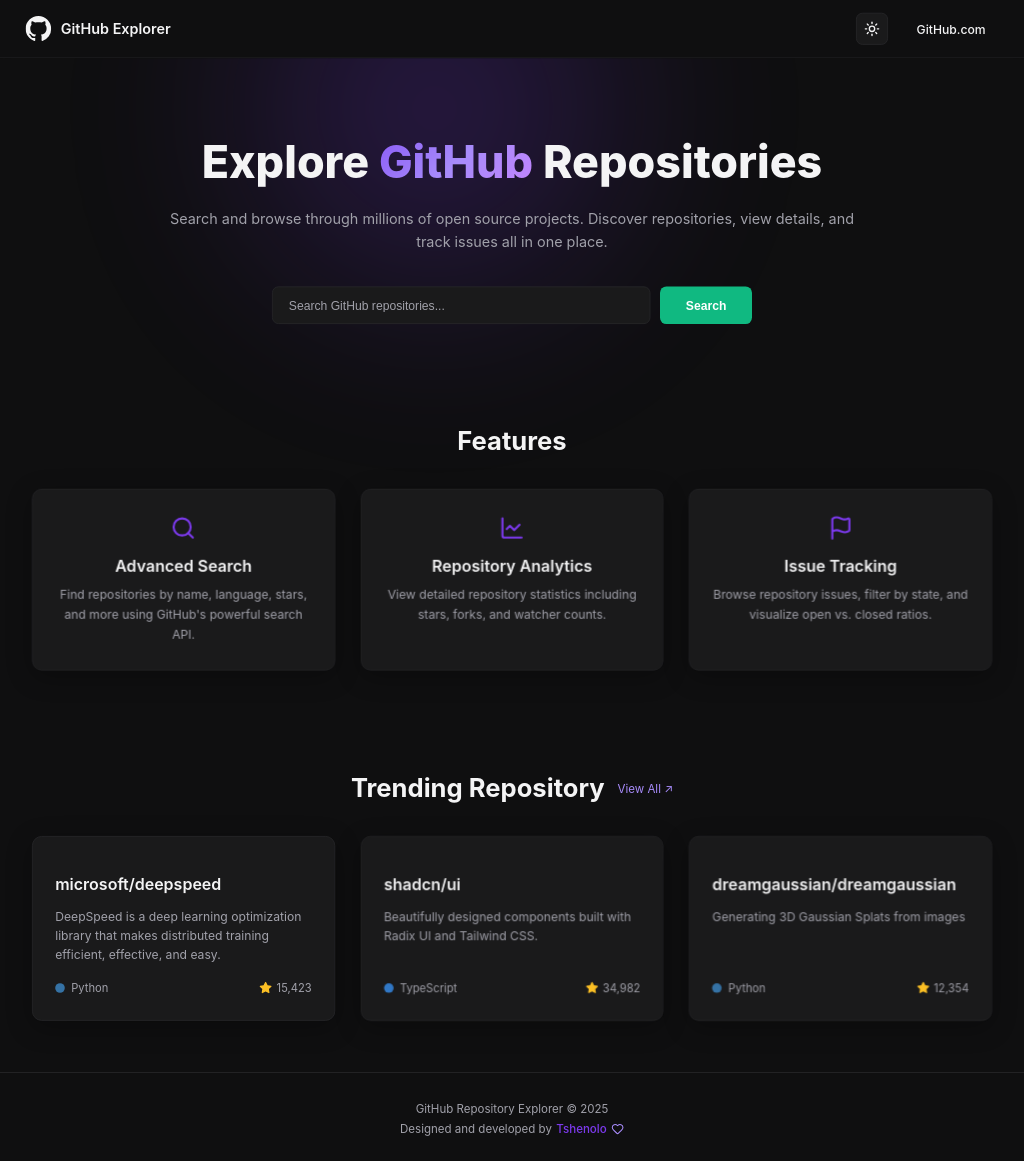
Repository: Tshenolo1994/username-repo
Page: /
These files come from the project's save history. The page is drawn as it stood at one moment and after the next save; the edit follows.
The browser window is 1280 px wide. The pictures show the whole page, at 80% of full size.
The project was rebuilt for these pictures with package versions that can differ from the ones it lists, and the page was loaded fresh each time. Also part of the build but not shown: vite.config.ts, src/views/RepoView.vue.

Above is the page before, as saved 2025-10-27 01:18:34.

### index.html
<!doctype html>
<html lang="en">
  <head>
    <meta charset="UTF-8" />
    <link rel="icon" type="image/svg+xml" href="/vite.svg" />
    <meta name="viewport" content="width=device-width, initial-scale=1.0" />
    <title>commit-explorer</title>
  </head>
  <body>
    <div id="app"></div>
    <script type="module" src="/src/main.ts"></script>
  </body>
</html>

### src/main.ts
import { createApp } from 'vue'
import { createPinia } from 'pinia'
import App from './App.vue'
import router from './router'
import './styles/theme.css'

createApp(App)
  .use(createPinia())
  .use(router)
  .mount('#app')

### src/App.vue
<!-- App.vue or Layout.vue -->
<script setup>
import Header from '@/components/Header.vue';
import Footer from '@/components/Footer.vue';
</script>

<template>
  <div id="app">
    <Header />
    <main>
      <router-view />
    </main>
    <Footer />
  </div>
</template>

### src/router/index.ts
import { createRouter, createWebHistory } from 'vue-router'
import HomeView from '@/views/HomeView.vue'
import RepoView from '@/views/RepoView.vue'

const router = createRouter({
  history: createWebHistory(),
  routes: [
    { path: '/', name: 'home', component: HomeView },
    { path: '/repos/:username', name: 'repos', component: RepoView, props: true },
  ],
  scrollBehavior: () => ({ top: 0 }),
})

export default router

### src/styles/theme.css
:root {

    --bg: #0f0f10;
    --bg-elev: #1a1a1b;
    --text: #f4f4f5;
    --muted: #a1a1aa;
    --border: #27272a;
    --link: #7c3aed;
  }


  [data-theme="light"] {
    --bg: #f9fafb;
    --bg-elev: #ffffff;
    --text: #18181b;
    --muted: #52525b;
    --border: #e4e4e7;
    --link: #2563eb;
  }


  html, body, #app {
    margin: 0;
    padding: 0;
    background: var(--bg);
    color: var(--text);
    font-family: 'Inter', system-ui, sans-serif;
    transition: background 0.3s, color 0.3s;
  }


  h1, h2, h3 {
    line-height: 1.2;
    margin: 0;
  }
  p {
    margin: 0.25rem 0 0;
  }


  .card {
    background: var(--bg-elev);
    border: 1px solid var(--border);
    border-radius: 0.75rem;
    padding: 1rem;
    box-shadow: 0 1px 2px rgba(0,0,0,0.15);
  }

### src/components/Header.vue
<script setup lang="ts">
import { Sun, Moon } from 'lucide-vue-next';
import { useTheme } from '@/composables/useTheme';

const { isDark, toggleTheme } = useTheme();
</script>

<template>
  <header class="header">
    <div class="header-content">
      <div class="logo">
        <svg width="32" height="32" viewBox="0 0 16 16" fill="currentColor">
          <path d="M8 0C3.58 0 0 3.58 0 8c0 3.54 2.29 6.53 5.47 7.59.4.07.55-.17.55-.38 0-.19-.01-.82-.01-1.49-2.01.37-2.53-.49-2.69-.94-.09-.23-.48-.94-.82-1.13-.28-.15-.68-.52-.01-.53.63-.01 1.08.58 1.23.82.72 1.21 1.87.87 2.33.66.07-.52.28-.87.51-1.07-1.78-.2-3.64-.89-3.64-3.95 0-.87.31-1.59.82-2.15-.08-.2-.36-1.02.08-2.12 0 0 .67-.21 2.2.82.64-.18 1.32-.27 2-.27.68 0 1.36.09 2 .27 1.53-1.04 2.2-.82 2.2-.82.44 1.1.16 1.92.08 2.12.51.56.82 1.27.82 2.15 0 3.07-1.87 3.75-3.65 3.95.29.25.54.73.54 1.48 0 1.07-.01 1.93-.01 2.2 0 .21.15.46.55.38A8.013 8.013 0 0016 8c0-4.42-3.58-8-8-8z"/>
        </svg>
        <span class="logo-text">GitHub Explorer</span>
      </div>

      <nav class="nav">
        <button @click="toggleTheme" class="theme-toggle" :aria-label="isDark ? 'Switch to light mode' : 'Switch to dark mode'">
          <Sun v-if="isDark" :size="20" />
          <Moon v-else :size="20" />
        </button>
        <a href="https://github.com" target="_blank" rel="noreferrer" class="github-link">
          GitHub.com
        </a>
      </nav>
    </div>
  </header>
</template>

<style scoped>
.header {
  background: var(--bg);
  border-bottom: 1px solid var(--border);
  padding: 1rem 2rem;
  position: sticky;
  top: 0;
  z-index: 100;
  backdrop-filter: blur(8px);
  transition: background 0.3s, border-color 0.3s;
}

.header-content {
  max-width: 1400px;
  margin: 0 auto;
  display: flex;
  justify-content: space-between;
  align-items: center;
}

.logo {
  display: flex;
  align-items: center;
  gap: 0.75rem;
  color: var(--text);
  font-weight: 600;
  font-size: 1.125rem;
  cursor: pointer;
  transition: color 0.2s;
}

.logo:hover {
  color: var(--link);
}

.logo svg {
  flex-shrink: 0;
}

.logo-text {
  font-weight: 600;
}

.nav {
  display: flex;
  align-items: center;
  gap: 1.25rem;
}

.theme-toggle {
  background: var(--bg-elev);
  border: 1px solid var(--border);
  border-radius: 8px;
  width: 40px;
  height: 40px;
  display: flex;
  align-items: center;
  justify-content: center;
  cursor: pointer;
  color: var(--text);
  transition: all 0.2s;
}

.theme-toggle:hover {
  background: var(--border);
  transform: rotate(15deg);
}

.github-link {
  color: var(--text);
  text-decoration: none;
  font-size: 0.95rem;
  font-weight: 500;
  padding: 0.5rem 1rem;
  border-radius: 6px;
  transition: all 0.2s;
}

.github-link:hover {
  color: var(--link);
  background: var(--bg-elev);
}

@media (max-width: 640px) {
  .header {
    padding: 1rem;
  }

  .logo-text {
    display: none;
  }
}
</style>

### src/components/Footer.vue
<script setup lang="ts">
import { Heart } from 'lucide-vue-next';

const currentYear = new Date().getFullYear();
</script>

<template>
  <footer class="footer">
    <div class="footer-content">
      <p class="footer-text">
        GitHub Repository Explorer © {{ currentYear }}
      </p>
      <p class="footer-credits">
        Designed and developed by <a href="#" class="footer-link">Tshenolo</a>
        <Heart :size="16" class="heart-icon" />
      </p>
    </div>
  </footer>
</template>

<style scoped>
.footer {
  background: var(--bg);
  border-top: 1px solid var(--border);
  padding: 2rem;
  margin-top: auto;
  transition: background 0.3s, border-color 0.3s;
}

.footer-content {
  max-width: 1400px;
  margin: 0 auto;
  text-align: center;
}

.footer-text {
  color: var(--muted);
  font-size: 0.9rem;
  margin-bottom: 0.5rem;
}

.footer-credits {
  color: var(--muted);
  font-size: 0.9rem;
  margin: 0;
  display: flex;
  align-items: center;
  justify-content: center;
  gap: 0.35rem;
}

.heart-icon {
  color: #a78bfa;
  fill: none;
}

.footer-link {
  color: var(--link);
  text-decoration: none;
  font-weight: 500;
  transition: opacity 0.2s;
}

.footer-link:hover {
  opacity: 0.8;
}

@media (max-width: 640px) {
  .footer {
    padding: 1.5rem 1rem;
  }

  .footer-text,
  .footer-credits {
    font-size: 0.85rem;
  }
}
</style>

### src/views/HomeView.vue
<script setup lang="ts">
import { ref } from "vue";
import { useRouter } from "vue-router";
import { Search, LineChart, Flag } from "lucide-vue-next";

// features data
const features = ref([
  {
    id: 1,
    icon: Search,
    title: "Advanced Search",
    description: "Find repositories by name, language, stars, and more using GitHub's powerful search API.",
  },
  {
    id: 2,
    icon: LineChart,
    title: "Repository Analytics",
    description: "View detailed repository statistics including stars, forks, and watcher counts.",
  },
  {
    id: 3,
    icon: Flag,
    title: "Issue Tracking",
    description: "Browse repository issues, filter by state, and visualize open vs. closed ratios.",
  },
]);

// sample trending repos
const trendingRepos = ref([
  {
    id: 1,
    name: "microsoft/deepspeed",
    stars: 15423,
    description:
      "DeepSpeed is a deep learning optimization library that makes distributed training efficient, effective, and easy.",
    language: "Python",
  },
  {
    id: 2,
    name: "shadcn/ui",
    stars: 34982,
    description:
      "Beautifully designed components built with Radix UI and Tailwind CSS.",
    language: "TypeScript",
  },
  {
    id: 3,
    name: "dreamgaussian/dreamgaussian",
    stars: 12354,
    description: "Generating 3D Gaussian Splats from images",
    language: "Python",
  },
]);

const router = useRouter();
const username = ref("");

function search() {
  if (username.value.trim()) {
    router.push(`/repos/${username.value.trim()}`);
  }
}

function getLangColor(lang: string): string {
  const colors: Record<string, string> = {
    JavaScript: "#f1e05a",
    TypeScript: "#3178c6",
    Python: "#3572A5",
    Java: "#b07219",
    Go: "#00ADD8",
    Ruby: "#701516",
  };
  return colors[lang] || "#6e7681";
}
</script>

<template>
  <div class="home-page">
    <div class="gradient-ball"></div>

    <!-- Hero Section -->
    <section class="hero">
      <div class="hero-content">
        <h1 class="hero-title">
          Explore <span class="gradient-text">GitHub</span> Repositories
        </h1>
        <p class="hero-sub">
          Search and browse through millions of open source projects. Discover
          repositories, view details, and track issues all in one place.
        </p>

        <div class="search-box">
          <input
            v-model="username"
            placeholder="Search GitHub repositories..."
            class="search-input"
          />
          <button @click="search" class="search-btn">Search</button>
        </div>
      </div>
    </section>

    <!-- Features -->
    <section class="section">
      <div class="section-header">
        <h2>Features</h2>
      </div>

      <div class="grid">
        <div
          v-for="feature in features"
          :key="feature.id"
          class="card glass"
        >
          <component :is="feature.icon" class="icon" :size="32" />
          <h3>{{ feature.title }}</h3>
          <p>{{ feature.description }}</p>
        </div>
      </div>
    </section>

    <!-- Trending -->
    <section class="section">
      <div class="section-header">
        <h2>Trending Repository</h2>
        <a
          href="https://github.com/trending"
          target="_blank"
          rel="noreferrer"
          class="view-all"
        >
          View All ↗
        </a>
      </div>

      <div class="grid">
        <div
          v-for="repo in trendingRepos"
          :key="repo.id"
          class="card glass repo-card"
        >
          <h3 class="repo-name">{{ repo.name }}</h3>
          <p class="repo-desc">{{ repo.description }}</p>
          <div class="repo-meta">
            <div class="lang">
              <span
                class="dot"
                :style="{ backgroundColor: getLangColor(repo.language) }"
              ></span>
              <span>{{ repo.language }}</span>
            </div>
            <div class="stars">
              <svg
                class="star"
                fill="currentColor"
                viewBox="0 0 16 16"
              >
                <path
                  d="M8 .25a.75.75 0 01.673.418l1.882 3.815 4.21.612a.75.75 0 01.416 1.279l-3.046 2.97.719 4.192a.75.75 0 01-1.088.791L8 12.347l-3.766 1.98a.75.75 0 01-1.088-.79l.72-4.194L.818 6.374a.75.75 0 01.416-1.28l4.21-.611L7.327.668A.75.75 0 018 .25z"
                />
              </svg>
              {{ repo.stars.toLocaleString() }}
            </div>
          </div>
        </div>
      </div>
    </section>
  </div>
</template>

<style scoped>
.home-page {
  background: var(--bg);
  color: var(--text);
  min-height: 100vh;
  width: 100%;
  overflow-x: hidden;
  position: relative;
  transition: background 0.3s, color 0.3s;
}

.gradient-ball {
  position: absolute;
  top: -200px;
  left: 50%;
  transform: translateX(-50%);
  width: 600px;
  height: 600px;
  border-radius: 50%;
  background: radial-gradient(circle at center, var(--link) 0%, rgba(124, 58, 237, 0.6) 30%, transparent 70%);
  opacity: 0.3;
  filter: blur(100px);
  z-index: 0;
  animation: float 15s ease-in-out infinite;
  transition: background 0.3s;
}

@keyframes float {
  0% {
    transform: translate(-50%, 0) scale(1);
  }
  25% {
    transform: translate(-80%, -60px) scale(1.2);
  }
  50% {
    transform: translate(-20%, 40px) scale(0.85);
  }
  75% {
    transform: translate(-70%, -30px) scale(1.15);
  }
  100% {
    transform: translate(-50%, 0) scale(1);
  }
}

/* Hero Section */
.hero {
  padding: 6rem 2rem 4rem;
  position: relative;
  z-index: 10;
}

.hero-content {
  max-width: 900px;
  margin: 0 auto;
  text-align: center;
}

.hero-title {
  font-size: 3.5rem;
  font-weight: 800;
  margin-bottom: 1.5rem;
  line-height: 1.2;
}

.gradient-text {
  background: linear-gradient(135deg, #8b5cf6 0%, #a78bfa 50%, #c084fc 100%);
  -webkit-background-clip: text;
  -webkit-text-fill-color: transparent;
  background-clip: text;
}

.hero-sub {
  color: var(--muted);
  font-size: 1.125rem;
  margin-bottom: 2.5rem;
  line-height: 1.6;
}

.search-box {
  display: flex;
  justify-content: center;
  gap: 0.75rem;
  max-width: 600px;
  margin: 0 auto;
}

.search-input {
  padding: 0.875rem 1.25rem;
  border-radius: 8px;
  flex: 1;
  background: var(--bg-elev);
  color: var(--text);
  border: 1px solid var(--border);
  font-size: 0.95rem;
  transition: all 0.2s;
}

.search-input:focus {
  outline: none;
  border-color: var(--link);
  background: var(--bg-elev);
}

.search-input::placeholder {
  color: var(--muted);
}

.search-btn {
  background: #10b981;
  color: white;
  padding: 0.875rem 2rem;
  border-radius: 8px;
  font-weight: 600;
  cursor: pointer;
  border: none;
  font-size: 0.95rem;
  transition: all 0.2s;
}

.search-btn:hover {
  background: #059669;
  transform: translateY(-1px);
}

/* Shared Section Styling */
.section {
  padding: 4rem 2rem;
  position: relative;
  z-index: 10;
}

.section-header {
  display: flex;
  align-items: center;
  justify-content: center;
  gap: 1rem;
  margin-bottom: 2.5rem;
}

.section-header h2 {
  font-size: 2rem;
  font-weight: 700;
  color: var(--text);
}

.view-all {
  color: #a78bfa;
  font-size: 0.9rem;
  text-decoration: none;
  display: flex;
  align-items: center;
  gap: 0.25rem;
  transition: all 0.2s;
}

.view-all:hover {
  color: #c084fc;
  transform: translateX(2px);
}

/* Grid + Cards */
.grid {
  display: grid;
  grid-template-columns: repeat(3, 1fr);
  gap: 2rem;
  max-width: 1200px;
  margin: 0 auto;
}

@media (max-width: 980px) {
  .grid {
    grid-template-columns: 1fr;
  }
  .hero-title {
    font-size: 2.5rem;
  }
}

.card {
  padding: 2rem 1.75rem;
  border-radius: 12px;
  text-align: center;
  transition: all 0.3s ease;
}

.card:hover {
  transform: translateY(-6px);
}

/* Glass look */
.glass {
  background: var(--bg-elev);
  border: 1px solid var(--border);
  backdrop-filter: blur(12px);
  box-shadow: 0 8px 32px rgba(0, 0, 0, 0.3);
}

.card h3 {
  font-size: 1.25rem;
  font-weight: 600;
  margin: 1rem 0 0.75rem;
  color: var(--text);
}

.card p {
  color: var(--muted);
  font-size: 0.95rem;
  line-height: 1.6;
}

.icon {
  color: var(--link);
  margin: 0 auto;
}

/* Trending Repo cards */
.repo-card {
  text-align: left;
  display: flex;
  flex-direction: column;
}

.repo-name {
  color: var(--link);
  font-weight: 600;
  font-size: 1.1rem;
  margin: 0 0 0.75rem 0;
  transition: color 0.2s;
  min-height: 1.5rem;
}

.repo-card:hover .repo-name {
  color: var(--link);
  opacity: 0.8;
}

.repo-desc {
  color: var(--muted);
  font-size: 0.9rem;
  margin-bottom: 1.25rem;
  line-height: 1.5;
  flex: 1;
  min-height: 3rem;
}

.repo-meta {
  display: flex;
  justify-content: space-between;
  align-items: center;
  font-size: 0.875rem;
  color: var(--muted);
  margin-top: auto;
}

.lang {
  display: flex;
  align-items: center;
}

.dot {
  display: inline-block;
  width: 12px;
  height: 12px;
  border-radius: 50%;
  margin-right: 0.5rem;
}

.stars {
  display: flex;
  align-items: center;
  gap: 0.35rem;
}

.star {
  width: 16px;
  height: 16px;
  color: #fbbf24;
}
</style>

### src/composables/useTheme.ts

import { ref, onMounted, watch } from 'vue';

const isDark = ref(true);

export function useTheme() {
  const toggleTheme = () => {
    isDark.value = !isDark.value;
    updateTheme();
  };

  const updateTheme = () => {
    if (isDark.value) {
      document.documentElement.removeAttribute('data-theme');
      localStorage.setItem('theme', 'dark');
    } else {
      document.documentElement.setAttribute('data-theme', 'light');
      localStorage.setItem('theme', 'light');
    }
  };

  const initTheme = () => {
    const savedTheme = localStorage.getItem('theme');
    if (savedTheme) {
      isDark.value = savedTheme === 'dark';
    } else {
      isDark.value = true;
    }
    updateTheme();
  };

  onMounted(() => {
    initTheme();
  });

  watch(isDark, updateTheme);

  return {
    isDark,
    toggleTheme,
  };
}
// import { ref, onMounted } from 'vue'

// type Theme = 'light' | 'dark'
// const KEY = 'commit-explorer:theme'
// const theme = ref<Theme>('dark')

// function apply(t: Theme) {
//   document.documentElement.dataset.theme = t
// }

// export function useTheme() {
//   onMounted(() => {
//     const saved = (localStorage.getItem(KEY) as Theme | null)
//     if (saved === 'light' || saved === 'dark') theme.value = saved
//     else if (window.matchMedia('(prefers-color-scheme: light)').matches)
//       theme.value = 'light'
//     apply(theme.value)
//   })
//   function toggleTheme() {
//     theme.value = theme.value === 'dark' ? 'light' : 'dark'
//     localStorage.setItem(KEY, theme.value)
//     apply(theme.value)
//   }
//   return { theme, toggleTheme }
// }

After the next save:
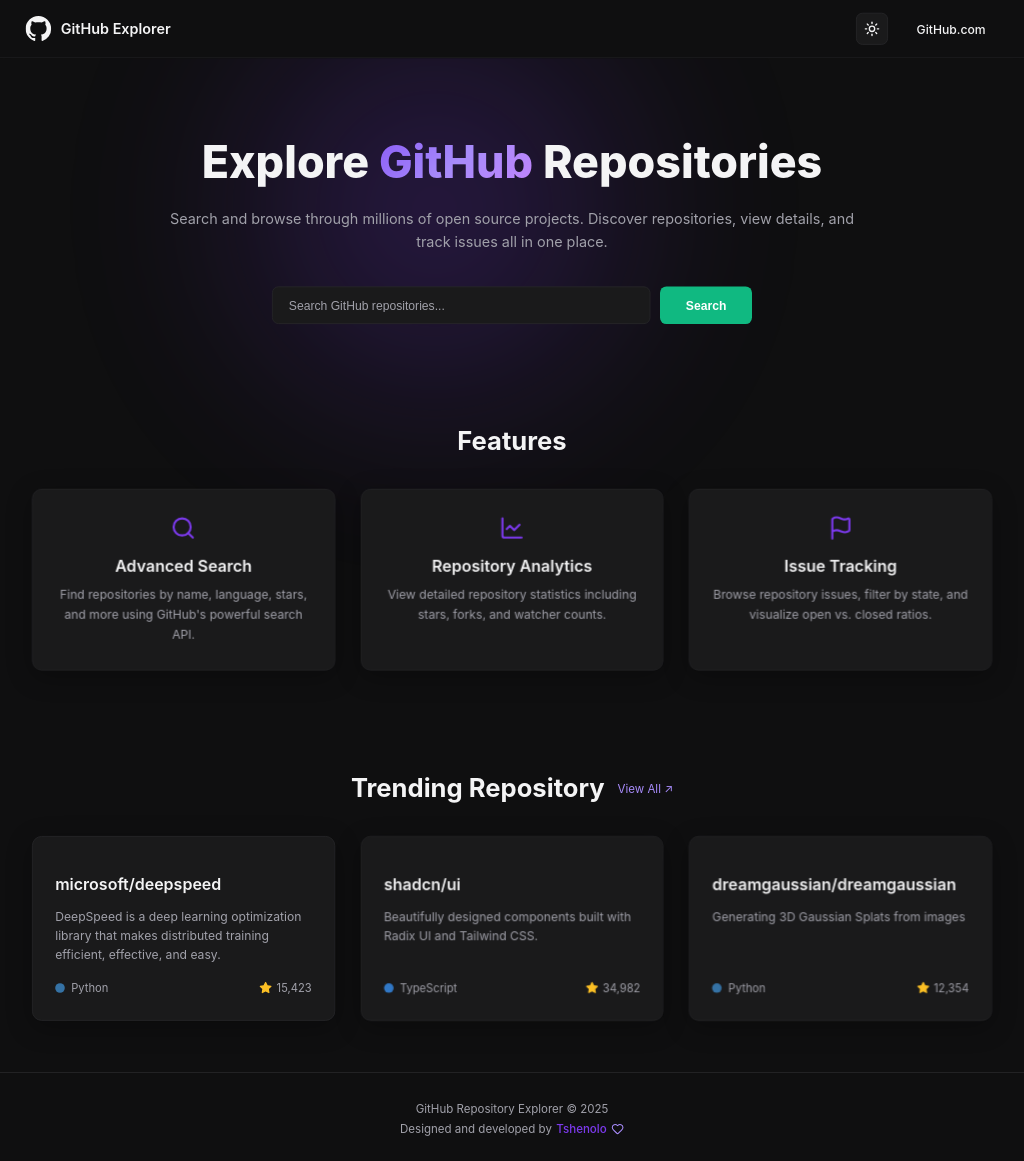
Saved 84 s later.
--- a/src/views/HomeView.vue
+++ b/src/views/HomeView.vue
@@ -181,7 +181,7 @@
 
 .gradient-ball {
   position: absolute;
-  top: -200px;
+  top: -100px;
   left: 50%;
   transform: translateX(-50%);
   width: 600px;
@@ -200,13 +200,13 @@
     transform: translate(-50%, 0) scale(1);
   }
   25% {
-    transform: translate(-80%, -60px) scale(1.2);
+    transform: translate(-80%, -40px) scale(1.2);
   }
   50% {
-    transform: translate(-20%, 40px) scale(0.85);
+    transform: translate(-20%, 80px) scale(0.85);
   }
   75% {
-    transform: translate(-70%, -30px) scale(1.15);
+    transform: translate(-70%, 30px) scale(1.15);
   }
   100% {
     transform: translate(-50%, 0) scale(1);
